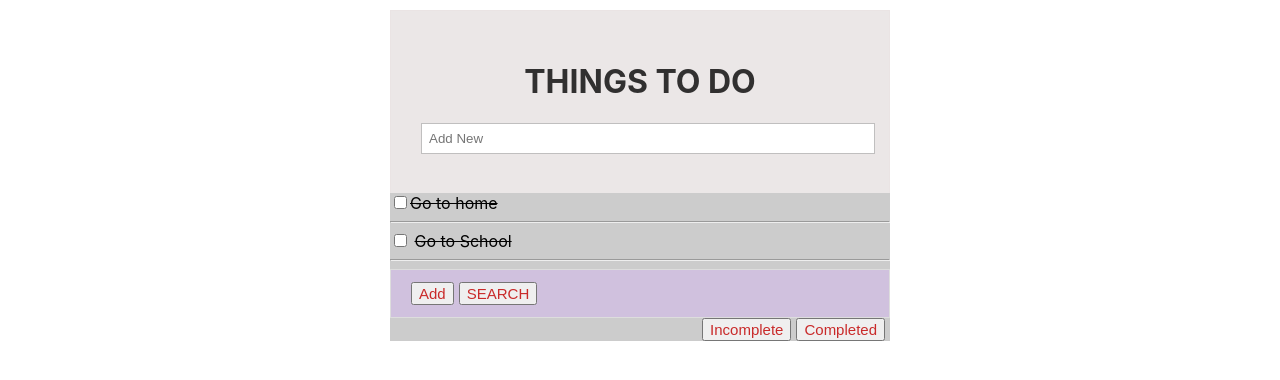
Repository: kirangautam45/To-Do-Application
Page: /
The author's editor kept a copy of each file at every save. The page is drawn from the files as they stood at one save, then again after a run of saves.
The browser window is 1280 px wide. The pictures show the whole page.
The project was rebuilt for these pictures with package versions that can differ from the ones it lists, and the page was loaded fresh each time.

Above is the page before, as saved 2022-08-11 15:02:52.

After the next 3 saves:
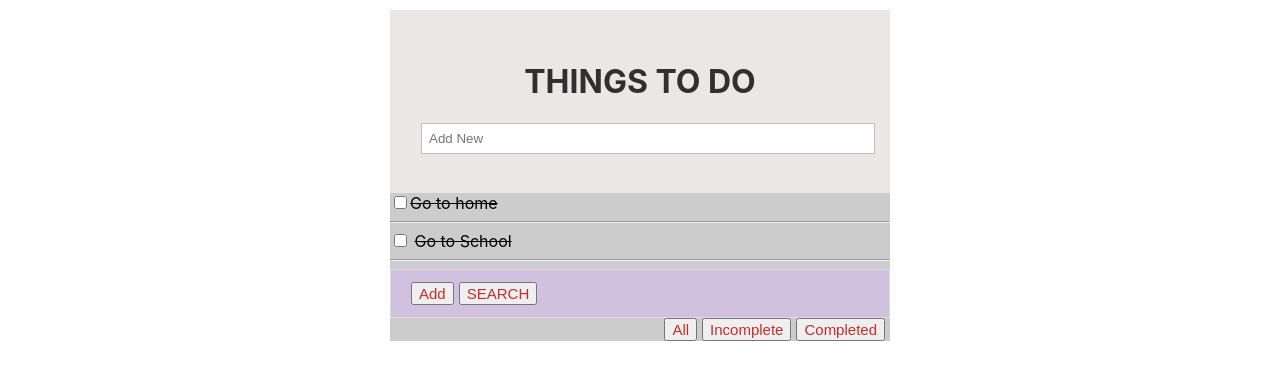
The 3 saves are shown as one change because they came seconds apart.
The last was saved 8 s later.
--- a/src/App.js
+++ b/src/App.js
@@ -22,8 +22,8 @@ function App() {
               <button  className="Icon_button">Add</button>
               <button className="Icon_button">SEARCH</button>
               </div>
-
               <div className="Icon_right">
+              <button className="Icon_button">All</button>
               <button className="Icon_button">Incomplete</button>
               <button className="Icon_button">Completed</button>
             </div>
